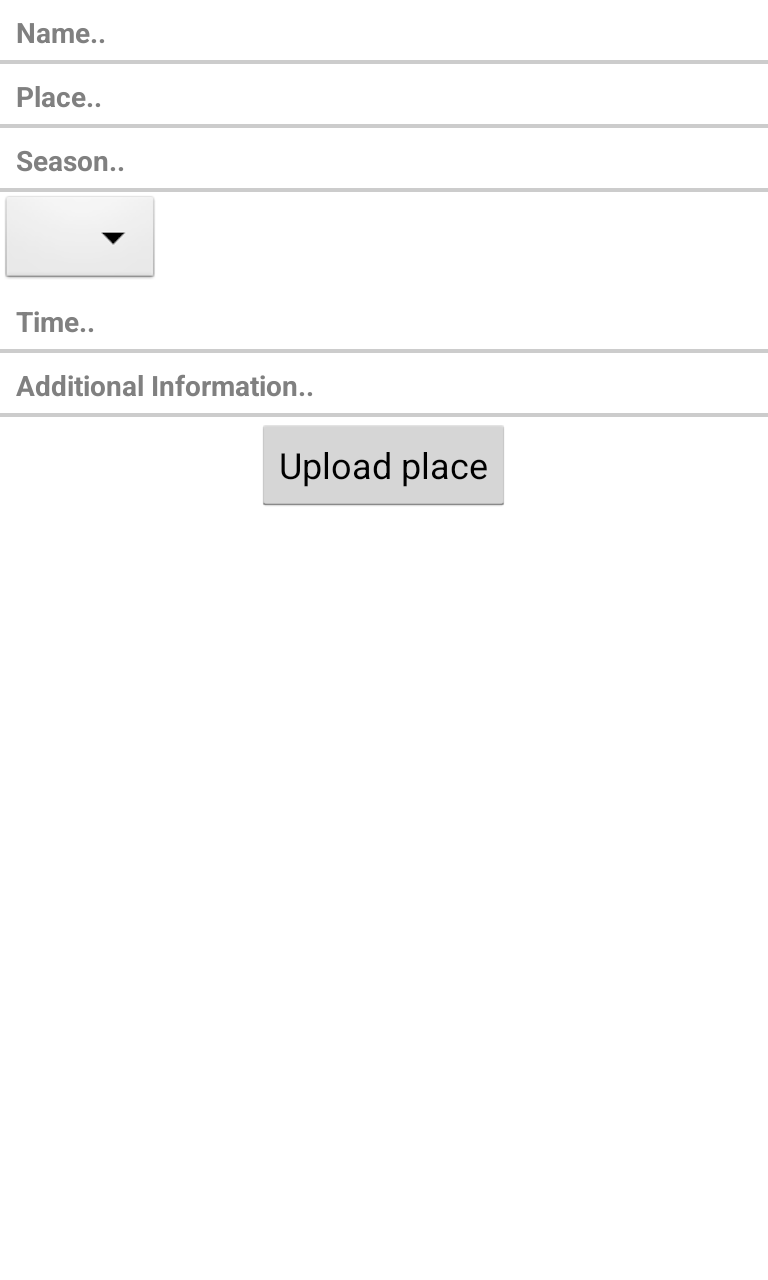
Repository: sandeshshetty/TravelZeus
Layout: TravelZeus/res/layout/fragment_insert_info.xml
These files come from the project's save history. The layout is drawn as it stood at one moment and after the next save; the edit follows.
It is drawn on a 768 x 1280 px phone screen (xhdpi) without system bars, with theme AppTheme; the app's code is not run.

Above is the layout before, as saved 2015-05-16 18:24:10.

### TravelZeus/res/layout/fragment_insert_info.xml
<?xml version="1.0" encoding="utf-8"?>
<LinearLayout xmlns:android="http://schemas.android.com/apk/res/android"
    android:layout_width="match_parent"
    android:layout_height="match_parent"
    android:orientation="vertical">

    <EditText
        android:id="@+id/userInputName"
        android:layout_height="wrap_content"
    	android:layout_width="match_parent"
    	android:hint="Name.."
    	style="?android:listSeparatorTextViewStyle" />

    <EditText
        android:id="@+id/userInputPlace"
        android:layout_height="wrap_content"
    	android:layout_width="match_parent"
    	android:hint="Place.."
    	style="?android:listSeparatorTextViewStyle" />

    <EditText
        android:id="@+id/userInputSeason"
        android:layout_height="wrap_content"
    	android:layout_width="match_parent"
    	android:hint="Season.."
    	style="?android:listSeparatorTextViewStyle" />

   <Spinner
       android:id="@+id/userInput"
       android:layout_height="wrap_content"
       android:layout_width="wrap_content"
        android:background="@android:drawable/btn_dropdown"
        android:spinnerMode="dropdown"
       />
    <EditText
        android:id="@+id/userInputTime"
        android:layout_height="wrap_content"
    	android:layout_width="match_parent"
    	android:hint="Time.."
    	style="?android:listSeparatorTextViewStyle" />

    <EditText
        android:id="@+id/userComment"
        android:layout_height="wrap_content"
    	android:layout_width="match_parent"
    	android:hint="Additional Information.."
    	style="?android:listSeparatorTextViewStyle" />

     <Button
        android:id="@+id/userInputUpload"
        android:layout_width="wrap_content"
        android:layout_height="wrap_content"
       	android:layout_gravity="center_horizontal"
       	android:text="Upload place" />

</LinearLayout>

Loaded but not shown: TravelZeus/res/values/styles.xml (common file); TravelZeus/res/values-v11/styles.xml (common file); TravelZeus/res/values-v14/styles.xml (common file)

After the next save:
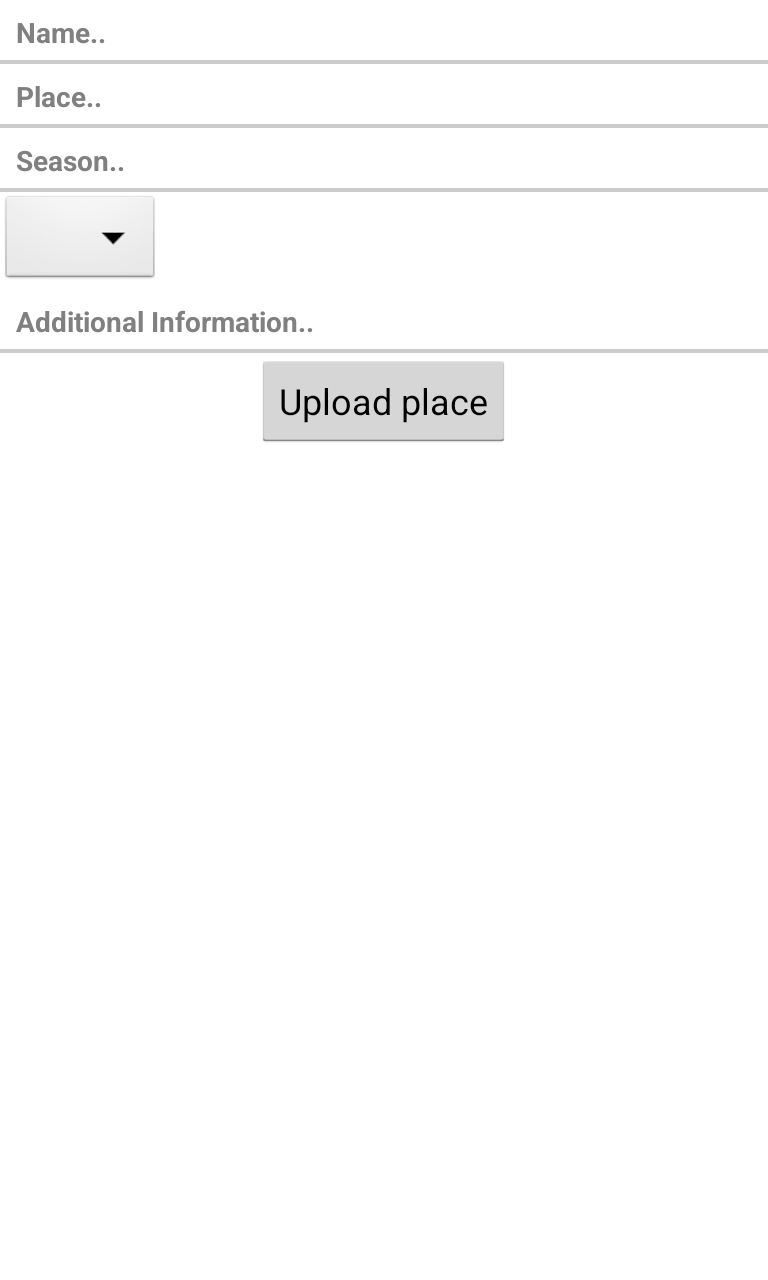
Saved 27 s later.
--- a/TravelZeus/res/layout/fragment_insert_info.xml
+++ b/TravelZeus/res/layout/fragment_insert_info.xml
@@ -32,12 +32,6 @@
         android:background="@android:drawable/btn_dropdown"
         android:spinnerMode="dropdown"
        />
-    <EditText
-        android:id="@+id/userInputTime"
-        android:layout_height="wrap_content"
-    	android:layout_width="match_parent"
-    	android:hint="Time.."
-    	style="?android:listSeparatorTextViewStyle" />
 
     <EditText
         android:id="@+id/userComment"
